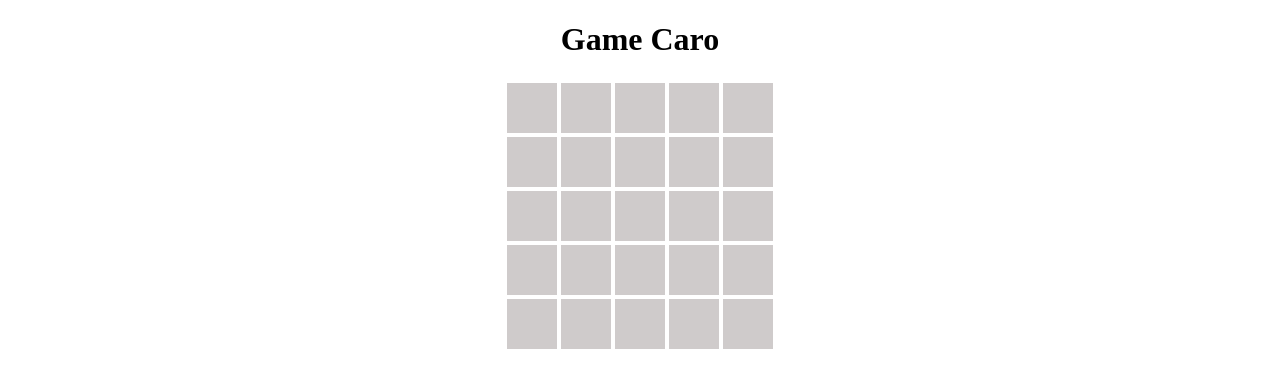
Repository: tungts3qb/BTCodeGym
Page: CaroGame/index.html
An editor plug-in stored every save of this project. The page is shown before and after the next save, followed by the edit.
The browser window is 1280 px wide. The pictures show the whole page.

Above is the page before, as saved 2023-02-16 00:43:48.

### CaroGame/index.html
<!DOCTYPE html>
<html lang="en">
  <head>
    <meta charset="UTF-8" />
    <meta http-equiv="X-UA-Compatible" content="IE=edge" />
    <meta name="viewport" content="width=device-width, initial-scale=1.0" />
    <link rel="stylesheet" href="style.css" />
    <title>Document</title>
  </head>
  <body>
    <div class="game-title">
      <h1>Game Caro</h1>
    </div>
    <div class="game-board">
      <table>
        <tbody>
          <tr>
            <td>
              <div class="square" id="00" onclick="Click(id)"></div>
            </td>
            <td>
              <div class="square" id="01" onclick="Click(id)"></div>
            </td>
            <td>
              <div class="square" id="02" onclick="Click(id)"></div>
            </td>
            <td>
              <div class="square" id="03" onclick="Click(id)"></div>
            </td>
            <td>
              <div class="square" id="04" onclick="Click(id)"></div>
            </td>
          </tr>
          <tr>
            <td>
              <div class="square" id="10" onclick="Click(id)"></div>
            </td>
            <td>
              <div class="square" id="11" onclick="Click(id)"></div>
            </td>
            <td>
              <div class="square" id="12" onclick="Click(id)"></div>
            </td>
            <td>
              <div class="square" id="13" onclick="Click(id)"></div>
            </td>
            <td>
              <div class="square" id="14" onclick="Click(id)"></div>
            </td>
          </tr>
          <tr>
            <td>
              <div class="square" id="20" onclick="Click(id)"></div>
            </td>
            <td>
              <div class="square" id="21" onclick="Click(id)"></div>
            </td>
            <td>
              <div class="square" id="22" onclick="Click(id)"></div>
            </td>
            <td>
              <div class="square" id="23" onclick="Click(id)"></div>
            </td>
            <td>
              <div class="square" id="24" onclick="Click(id)"></div>
            </td>
          </tr>
          <tr>
            <td>
              <div class="square" id="30" onclick="Click(id)"></div>
            </td>
            <td>
              <div class="square" id="31" onclick="Click(id)"></div>
            </td>
            <td>
              <div class="square" id="32" onclick="Click(id)"></div>
            </td>
            <td>
              <div class="square" id="33" onclick="Click(id)"></div>
            </td>
            <td>
              <div class="square" id="34" onclick="Click(id)"></div>
            </td>
          </tr>
          <tr>
            <td>
              <div class="square" id="40" onclick="Click(id)"></div>
            </td>
            <td>
              <div class="square" id="41" onclick="Click(id)"></div>
            </td>
            <td>
              <div class="square" id="42" onclick="Click(id)"></div>
            </td>
            <td>
              <div class="square" id="43" onclick="Click(id)"></div>
            </td>
            <td>
              <div class="square" id="44" onclick="Click(id)"></div>
            </td>
          </tr>
        </tbody>
      </table>
    </div>
    <script src="script.js"></script>
  </body>
</html>

### CaroGame/style.css
.square {
  width: 50px;
  height: 50px;
  background: rgb(207, 203, 203);
  position: relative;
  display: flex;
  justify-content: center;
  align-items: center;
  cursor: pointer;
}

.square:hover {
  background: rgb(155, 25, 25);
}

.square-icon-o {
  height: 30px;
  width: 30px;
  background: url("Opng.png") no-repeat center / cover;
}

.square-icon-x {
  height: 30px;
  width: 30px;
  background: url("Xpng.png") no-repeat center / cover;
}

.game-title h1 {
  text-align: center;
}

.game-board table {
  margin: 0 auto;
}

### CaroGame/script.js
class Square {
  constructor(x, y, status, result) {
    this.x = 0;
    this.y = 0;
    this.status = false; // chưa nhấn
    this.value = ""; // nhận hai giá trị là x và o
  }

  setX(newX) {
    this.x = newX;
  }

  setY(newY) {
    this.y = newY;
  }

  getX() {
    return this.x;
  }

  getY() {
    return this.y;
  }

  setStatus(newSatus) {
    this.status = newSatus;
  }

  getStatus() {
    return this.status;
  }

  setValue(newValue) {
    this.value = newValue;
  }

  getValue() {
    return this.value;
  }
}

const squareArr = [
  [null, null, null, null, null],
  [null, null, null, null, null],
  [null, null, null, null, null],
  [null, null, null, null, null],
  [null, null, null, null, null],
];
let xO = true;
const MAX_ROW = 5;
const MAX_WIN = 3;
function Click(id) {
  xO = !xO;
  let cell = new Square();
  let strId = `${id}`;
  let x = parseInt(strId.charAt(0));
  let y = parseInt(strId.charAt(1));
  let xOrO;
  console.log(xOrO);

  // đưa tọa độ, status, giá trị  mà người chơi click vào một ô bất kỳ
  if (!isNaN(x) && !isNaN(y)) {
    cell.setX(x);
    cell.setY(y);
    cell.setStatus(1);
    if (xO) {
      cell.setValue("x");
    } else {
      cell.setValue("o");
    }
    // đưa vào mảng 2 chiều, đồng thời hiển thị giá trị của nó lên board
    if (squareArr[x][y] == null) {
      squareArr[x][y] = cell;
      let cellXY = document.getElementById(id);
      let div = document.createElement("div");
      if (squareArr[x][y].getValue() == "x") {
        div.classList.add("square-icon-x");
      } else if (squareArr[x][y].getValue() == "o") {
        div.classList.add("square-icon-o");
      }
      cellXY.appendChild(div);
    }
    if (checkLeftDiagonal(squareArr, x, y)) {
      console.log(`${squareArr[x][y].getValue()} chien thang`);
    }
    if (checkRightDiagonal(squareArr, x, y)) {
      console.log(`${squareArr[x][y].getValue()} chien thang`);
    }
    if (checkRow(squareArr, x, y)) {
      console.log(`${squareArr[x][y].getValue()} chien thang`);
      return;
    }
    if (checkColumn(squareArr, x, y)) {
      console.log(`${squareArr[x][y].getValue()} chien thang`);
    }
  }
}

// check đường chéo trái
function checkLeftDiagonal(squareArr, x, y) {
  let count2 = 0;
  let arrCheckWin = [];
  let [x0, y0] = [x, y];
  while (x0 > 0 && y0 > 0) {
    x0--;
    y0--;
  }

  for (let i = x0, j = y0; i < MAX_ROW, j < MAX_ROW; i++, j++) {
    if (i < MAX_ROW && j < MAX_ROW) {
      if (squareArr[i][j] != null) {
        arrCheckWin.push(squareArr[i][j].getValue());
      } else {
        arrCheckWin.push("");
      }
    }
  }
  let result = checkElementArr(
    arrCheckWin,
    squareArr[x][y].getValue(),
    MAX_WIN
  );
  return result;
}

function checkRightDiagonal(squareArr, x, y) {
  let arrCheckWin = [];
  let [x0, y0] = [x, y];
  while (x0 > 0 && y0 < 4) {
    x0--;
    y0++;
  }

  for (let i = x0, j = y0; i < MAX_ROW, j >= 0; i++, j--) {
    if (i < MAX_ROW && j >= 0) {
      if (squareArr[i][j] != null) {
        arrCheckWin.push(squareArr[i][j].getValue());
      } else {
        arrCheckWin.push("");
      }
    }
  }

  let result = checkElementArr(
    arrCheckWin,
    squareArr[x][y].getValue(),
    MAX_WIN
  );
  return result;
}

function checkColumn(squareArr, x, y) {
  let [x0, y0] = [x, y];
  let arrCheckWin = [];
  while (x0 > 0 && x0 <= 4) {
    x0--;
  }

  for (let i = 0; i < MAX_ROW; i++) {
    if (squareArr[i][y0] != null) {
      arrCheckWin.push(squareArr[i][y0].getValue());
    } else {
      arrCheckWin.push("");
    }
  }

  let result = checkElementArr(
    arrCheckWin,
    squareArr[x][y].getValue(),
    MAX_WIN
  );
  return result;
}

function checkRow(squareArr, x, y) {
  let [x0, y0] = [x, y];
  let arrCheckWin = [];
  while (y0 > 0 && y0 <= 4) {
    y0--;
  }

  for (let i = 0; i < MAX_ROW; i++) {
    if (squareArr[x0][i] != null) {
      arrCheckWin.push(squareArr[x0][i].getValue());
    } else {
      arrCheckWin.push("");
    }
  }

  let result = checkElementArr(
    arrCheckWin,
    squareArr[x][y].getValue(),
    MAX_WIN
  );

  return result;
}

function checkElementArr(arr, value, maxWin) {
  let length = arr.length;
  let countCheck = 0;
  console.log(`arr = ${arr}`);
  console.log(`value = ${value}`);
  for (let i = 0; i < length - 1; i++) {
    if (arr[i] === value) {
      if (arr[i + 1] === value) {
        countCheck++;
        if (countCheck == maxWin - 1) return true;
      }
    } else {
      countCheck = 0;
    }
  }
  console.log(`countCheck = ${countCheck}`);
  return false;
}

let quare = document.querySelector(".square");
quare.addEventListener("click", Click());

After the next save:
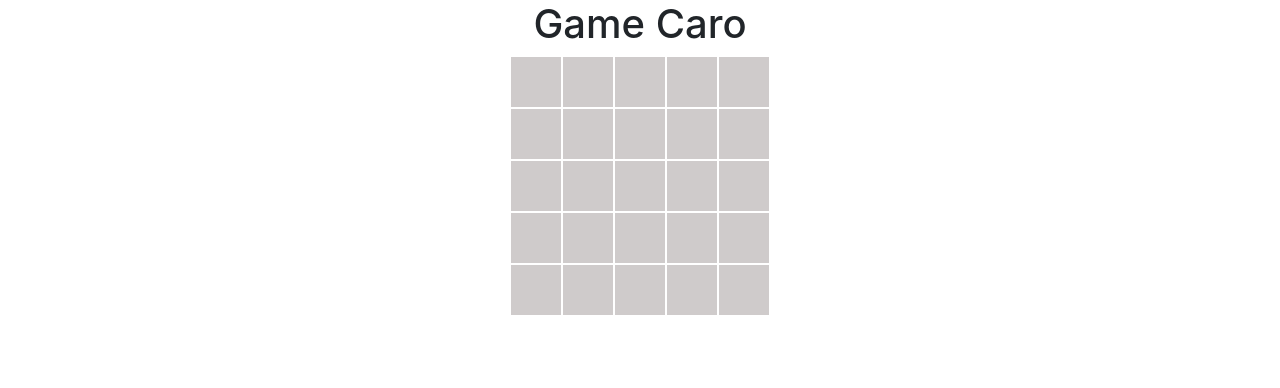
Saved 16 min 29 s later.
--- a/CaroGame/index.html
+++ b/CaroGame/index.html
@@ -4,6 +4,12 @@
     <meta charset="UTF-8" />
     <meta http-equiv="X-UA-Compatible" content="IE=edge" />
     <meta name="viewport" content="width=device-width, initial-scale=1.0" />
+    <link
+      rel="stylesheet"
+      href="https://cdn.jsdelivr.net/npm/bootstrap@4.0.0/dist/css/bootstrap.min.css"
+      integrity="sha384-Gn5384xqQ1aoWXA+058RXPxPg6fy4IWvTNh0E263XmFcJlSAwiGgFAW/dAiS6JXm"
+      crossorigin="anonymous"
+    />
     <link rel="stylesheet" href="style.css" />
     <title>Document</title>
   </head>

After the 3 saves that followed:
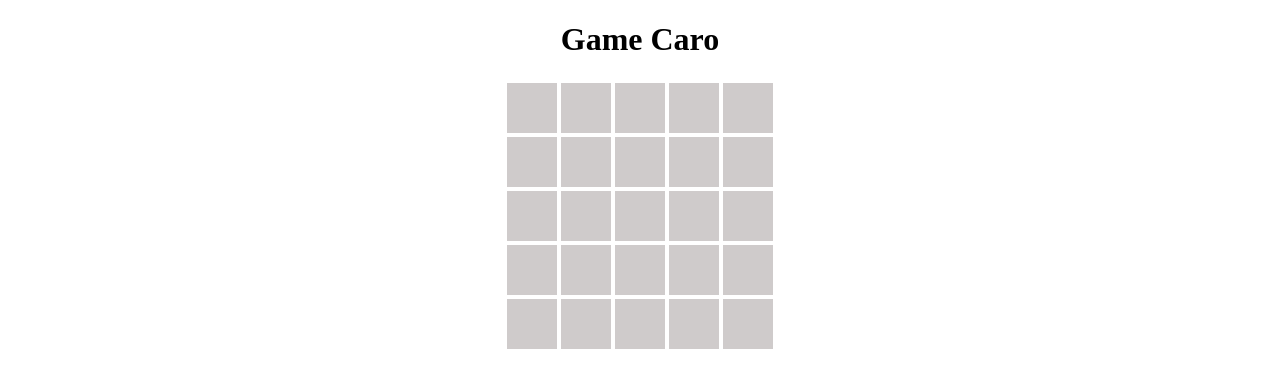
The 3 saves are shown as one change because 2 left the picture as it was.
The last was saved 3 min 11 s later.
--- a/CaroGame/index.html
+++ b/CaroGame/index.html
@@ -4,12 +4,6 @@
     <meta charset="UTF-8" />
     <meta http-equiv="X-UA-Compatible" content="IE=edge" />
     <meta name="viewport" content="width=device-width, initial-scale=1.0" />
-    <link
-      rel="stylesheet"
-      href="https://cdn.jsdelivr.net/npm/bootstrap@4.0.0/dist/css/bootstrap.min.css"
-      integrity="sha384-Gn5384xqQ1aoWXA+058RXPxPg6fy4IWvTNh0E263XmFcJlSAwiGgFAW/dAiS6JXm"
-      crossorigin="anonymous"
-    />
     <link rel="stylesheet" href="style.css" />
     <title>Document</title>
   </head>
